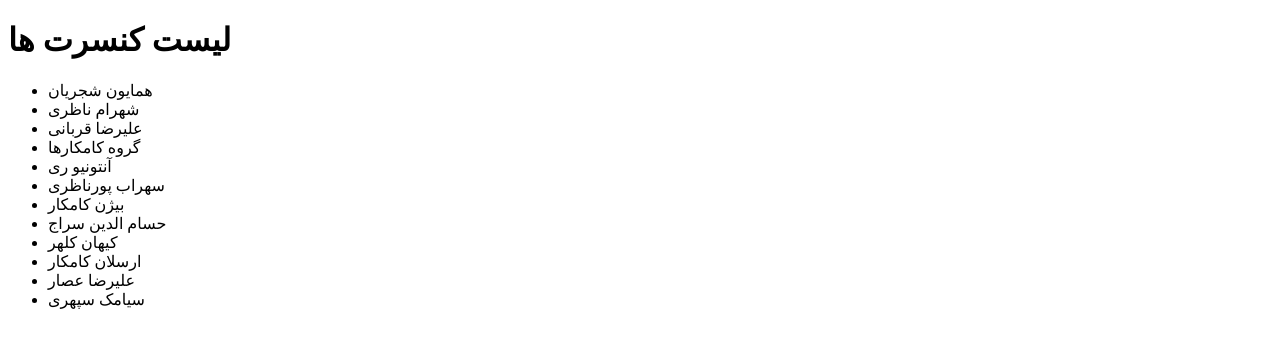
Repository: marabpour/ConcertReservation
Page: http://localhost/ticketSales/concert/list
An editor plug-in stored every save of this project. The page is shown before and after the next save, followed by the edit.
The browser window is 1280 px wide. The pictures show the whole page.
The page is served by the project's application, run on Django 3.2 (concert/manage.py). Other server files are loaded and not shown. The page reads the database file committed with the project.

Above is the page before, as saved 2021-07-25 14:20:11.

### concert/ticketSales/templates/ticketSales/concertlist.html
<!DOCTYPE html>
<html>
    <head>
        <title>سامانه فروش بلیط کنسرت</title>
    </head>
    <body>
        <h1>لیست کنسرت ها</h1>
        <ul>
            {% if concertlist %}
                {% for concert in concertlist %}
                    <li>
                        {{ concert }}
                    </li>
                {% endfor %}
            {% endif %}
        </ul>
    </body>
</html>

### concert/ticketSales/models.py
from django.db import models

# Create your models here.


class concertModel(models.Model):

    class Meta:
        verbose_name="کنسرت"
        verbose_name_plural="کنسرت"

    Name=models.CharField(max_length=100,verbose_name="نام کنسرت")
    SingerName=models.CharField(max_length=100,verbose_name="خواننده")
    length=models.IntegerField(verbose_name="مدت زمان")
    Poster=models.ImageField(upload_to="ConcertImages/",null=True,verbose_name="پوستر")


    def __str__(self):
        return self.SingerName


class locationModel(models.Model):

    class Meta:
        verbose_name="محل برگزاری"
        verbose_name_plural="محل برگزاری"

    IdNumber=models.IntegerField(primary_key=True,verbose_name="کد محل")
    Name=models.CharField(max_length=100,verbose_name="نام محل")
    Address=models.CharField(max_length=500,default="تهران-برج میلاد",verbose_name="آدرس")
    Phone=models.CharField(max_length=11,null=True,verbose_name="تلفن")
    Capacity=models.IntegerField(verbose_name="ظرفیت")

    def __str__(self):
        return self.Name


class timeModel(models.Model):

    class Meta:
        verbose_name="سانس"
        verbose_name_plural="سانس"

    concertModel=models.ForeignKey('concertModel',on_delete=models.PROTECT,verbose_name="کنسرت")
    locationModel=models.ForeignKey('locationModel',on_delete=models.PROTECT,verbose_name="محل برگزاری")
    StartDateTime=models.DateTimeField(verbose_name="تاریخ برگزاری")
    Seats=models.IntegerField(verbose_name="تعداد صندلی")


    Start=1
    End=2
    Cancel=3
    Sales=4
    status_choices=(("Start","فروش بلیط شروع شده است"),
                    ("End","فروش بلیط تمام شده است"),
                    ("Cancel","این سانس کنسل شده است"),
                    ("Sales","در حال فروش بلیط"))

    Status=models.IntegerField(choices=status_choices,verbose_name="وضعیت")

    def __str__(self):
        return "Time: {} concertName: {} Location: {}".format(StartDateTime,concertModel.Name,locationModel.Name)


class ProfileModel(models.Model):

    class Meta:
        verbose_name="کاربر"
        verbose_name_plural="کاربر"

    Name=models.CharField(max_length=100,verbose_name="نام")
    LastName=models.CharField(max_length=100,verbose_name="نام خانوادگی")
    ProfileImage=models.ImageField(upload_to="ProfileImages/",verbose_name="عکس")

    Man=1
    Woman=2
    status_choices=(("Man","مرد"),("Woman","زن"))

    Gender=models.IntegerField(choices=status_choices,verbose_name="جنسیت")

    def __str__(self):
        return "FullName:{} {}".format(Name,LastName)

class ticketModel(models.Model):

    class Meta:
        verbose_name="بلیط"
        verbose_name_plural="بلیط"

    ProfileModel=models.ForeignKey("ProfileModel",on_delete=models.PROTECT,verbose_name="کاربر")
    timeModel=models.ForeignKey("timeModel",on_delete=models.PROTECT,verbose_name="سانس")
    TicketImage=models.ImageField(upload_to="TicketImages/",verbose_name="عکس")
    Name=models.CharField(max_length=100,verbose_name="عنوان")
    Price=models.IntegerField(verbose_name="مبلغ")

    def __str__(self):
        return "TicketInfo: Profile: {} ConcertInfo : {}".format(timeModel.__str__())

### concert/ticketSales/views.py
from django.shortcuts import render
# from django.http import HttpResponse
from ticketSales.models import concertModel

# Create your views here.

def concertListView(request):
    concerts=concertModel.objects.all()

    context={

        "concertlist":concerts
    }
    return render(request,"ticketSales/concertlist.html",context)

### concert/concert/urls.py
"""concert URL Configuration

The `urlpatterns` list routes URLs to views. For more information please see:
    https://docs.djangoproject.com/en/3.1/topics/http/urls/
Examples:
Function views
    1. Add an import:  from my_app import views
    2. Add a URL to urlpatterns:  path('', views.home, name='home')
Class-based views
    1. Add an import:  from other_app.views import Home
    2. Add a URL to urlpatterns:  path('', Home.as_view(), name='home')
Including another URLconf
    1. Import the include() function: from django.urls import include, path
    2. Add a URL to urlpatterns:  path('blog/', include('blog.urls'))
"""
from django.contrib import admin
from django.urls import path
from django.conf import settings
from django.conf.urls.static import static
from ticketSales.views import concertListView

urlpatterns = [
    path('admin/', admin.site.urls),
    path('ticketSales/concert/list',concertListView)
]

if settings.DEBUG:
    urlpatterns += static(settings.MEDIA_URL,document_root=settings.MEDIA_ROOT)

### concert/db.sqlite3 (the tables this page reads, as SQL)
CREATE TABLE "ticketSales_concertmodel" ("id" integer NOT NULL PRIMARY KEY AUTOINCREMENT, "Name" varchar(100) NOT NULL, "SingerName" varchar(100) NOT NULL, "Poster" varchar(100) NULL, "length" integer NOT NULL);
INSERT INTO "ticketSales_concertmodel" VALUES
(1, 'سیمرغ', 'همایون شجریان', 'concertImages/Homayoun_Shajarian_4J8Q82U.jpg', 200),
(2, 'شیدا شدم', 'شهرام ناظری', 'ConcertImages/Shahram_Nazeri.jpg', 200),
(3, 'خزان', 'علیرضا قربانی', 'ConcertImages/Alireza_Ghorbani.jpg', 200),
(4, 'سنجانه', 'گروه کامکارها', 'ConcertImages/Kamkarha.jpg', 200),
(5, 'زریاب', 'آنتونیو ری', 'ConcertImages/Sohrab_Pournazeri.jpg', 200),
(6, 'شمس', 'سهراب پورناظری', 'ConcertImages/Shams_Group.jpg', 200),
(7, 'دف و نی', 'بیژن کامکار', 'ConcertImages/Bijan_Kamkar.jpg', 200),
(13, 'وداع', 'حسام الدین سراج', 'concertImages/Hesamedin_Seraj.jpg', 200),
(14, 'کویر', 'کیهان کلهر', 'concertImages/Keyhan_Kalhor.jpg', 200),
(15, 'باران', 'ارسلان کامکار', 'concertImages/Manjin_Group.jpg', 200),
(16, 'کوچ', 'علیرضا عصار', 'concertImages/Alireza_Assar.jpg', 200),
(17, 'کژال', 'سیامک سپهری', 'concertImages/Rastak_Group.jpg', 200);

After the next save:
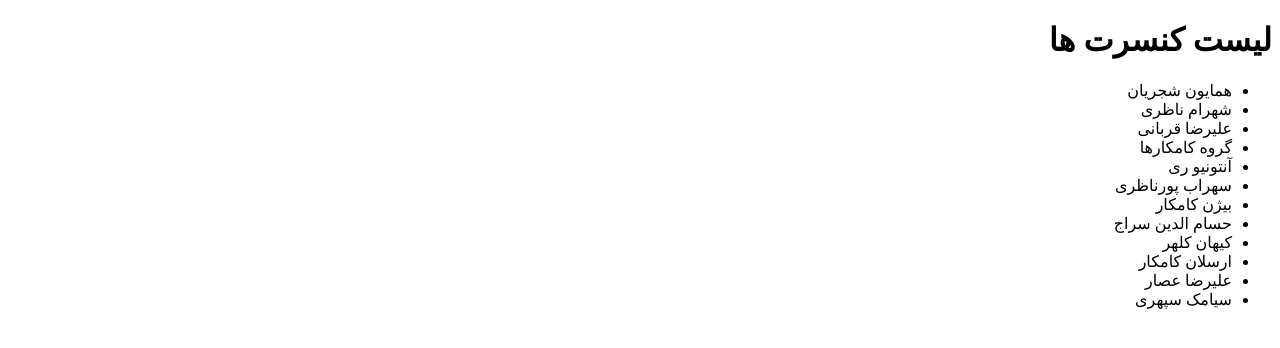
Saved 5 min 1 s later.
--- a/concert/ticketSales/templates/ticketSales/concertlist.html
+++ b/concert/ticketSales/templates/ticketSales/concertlist.html
@@ -1,5 +1,5 @@
 <!DOCTYPE html>
-<html>
+<html dir="rtl">
     <head>
         <title>سامانه فروش بلیط کنسرت</title>
     </head>
